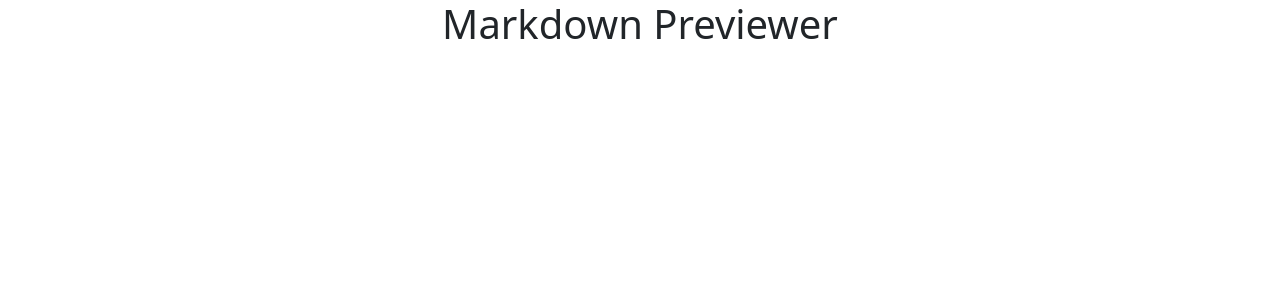
Repository: MikeeBuilds/markdownpreviewer
Page: index.html
These files come from the project's save history. The page is drawn as it stood at one moment and after the next save; the edit follows.
The browser window is 1280 px wide. The pictures show the whole page.

Above is the page before, as saved 2023-04-15 14:17:29.

### index.html
<!DOCTYPE html>
<html lang="en">
  <head>
    <meta charset="UTF-8" />
    <meta http-equiv="X-UA-Compatible" content="IE=edge" />
    <meta name="viewport" content="width=device-width, initial-scale=1.0" />
    <link rel="stylesheet" href="https://cdnjs.cloudflare.com/ajax/libs/twitter-bootstrap/5.2.3/css/bootstrap.min.css"/>
    <link rel="stylesheet" href="./style.css" />
    <script
      crossorigin
      src="https://unpkg.com/react@16/umd/react.development.js"
    ></script>
    <script
      crossorigin
      src="https://unpkg.com/react-dom@16/umd/react-dom.development.js"
    ></script>
    <script src="https://unpkg.com/@babel/standalone/babel.min.js"></script>
    <title>Markdown Previewer</title>
  </head>
  <body>
    <div id="root"></div>
    <script type="text/babel" src="./index.js"></script>
  </body>
</html>

### index.js
function App() {
    return (
        <div className="text-center px-4">
            <h1 className="text-4xl font-bold">Markdown Previewer</h1>
        </div>

    )
}




ReactDOM.render(<App />, document.getElementById('root'));

Loaded but not shown: style.css (no stored copy; drawn as an empty file)

After the next save:
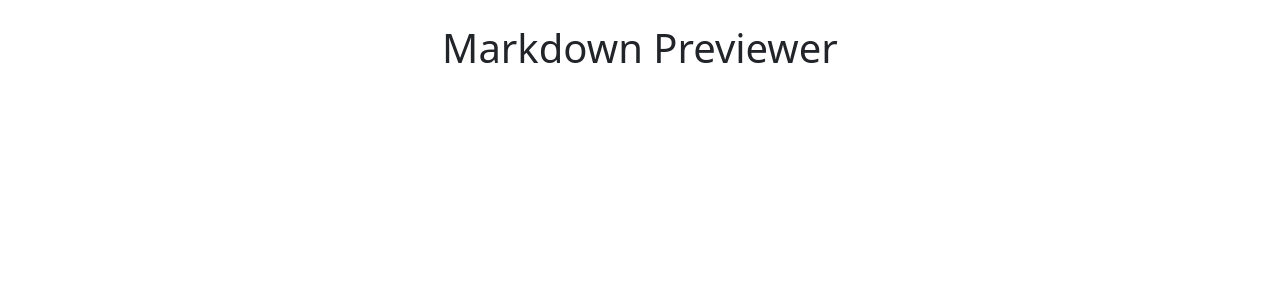
Saved 7 s later.
--- a/index.js
+++ b/index.js
@@ -1,7 +1,7 @@
 function App() {
     return (
         <div className="text-center px-4">
-            <h1 className="text-4xl font-bold">Markdown Previewer</h1>
+            <h1 className="p-4">Markdown Previewer</h1>
         </div>
 
     )
